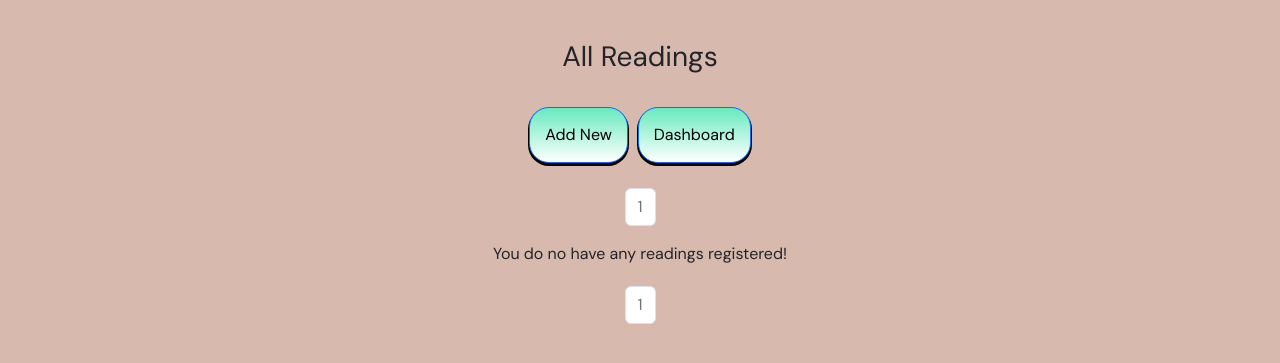
Repository: aiodell/my-glucose-checkup
Page: /bgls/all (app in client/)
An editor plug-in stored every save of this project. The page is shown before and after a run of saves, followed by the edit.
The browser window is 1280 px wide. The pictures show the whole page.
The page's requests for data from a server got no answer. The project was rebuilt for these pictures with package versions that can differ from the ones it lists, and the page was loaded fresh each time. No one was signed in, and anything a server would have sent is missing. Also part of the build but not shown: client/src/components/Login.js, client/src/components/Signup.js, client/src/components/Dashboard.js, client/src/components/NewReading.js, client/src/components/Home.js, client/src/components/BglUpdateForm.js, client/src/components/BglEventDetails.js, client/src/components/NewBglEvent.js and 8 more.

Above is the page before, as saved 2022-10-06 06:58:07.

### client/src/index.js
import React from 'react';
import ReactDOM from 'react-dom/client';
import {BrowserRouter as Router} from "react-router-dom";
import 'bootstrap/dist/css/bootstrap.min.css';
import App from './App';

const root = ReactDOM.createRoot(document.getElementById('root'));
root.render(
  <React.StrictMode>
  <Router>
    <App />
  </Router>
  </React.StrictMode>
);

### client/src/App.js
import { useState, useEffect } from "react"
import { Switch, Route, useHistory } from "react-router-dom"
import NavBar from "./components/NavBar"
import Login from "./components/Login"
import Signup from "./components/Signup"
import Dashboard from "./components/Dashboard"
import AllReadings from "./components/AllReadings"
import NewReading from "./components/NewReading"
import Home from "./components/Home"
import BglEventDetails from "./components/BglEventDetails"
import NewBglEvent from "./components/NewBglEvent"
import Events from "./components/Events"
import UserProfile from "./components/UserProfile"
import CreateProfile from "./components/CreateProfile"
import AllUsers from "./components/AllUsers"
import './styles.css'

const App = () => {
  const [currentUser, setCurrentUser] = useState("")
  const [readings, setReadings] = useState([])
  const [events, setEvents] = useState([])
  const [users, setUsers] = useState([])
  const [following, setFollowing] = useState([])
  const history = useHistory()

  useEffect( () => {
    fetch(`/auto-login`)
    .then((r) => {
      if (r.ok) {
        r.json().then((user) => setCurrentUser(user))
      }else{
        history.push("/login")
      }
    })
  }, [ ])

	useEffect(() => {
		fetch("/events")
		.then((r) => r.json())
		.then(setEvents)
	}, [])

  useEffect(() => {
		fetch("/bgls")
		.then((r) => r.json())
		.then(setReadings)
	}, [])

  useEffect(() => {
    fetch("/users")
    .then((r) => r.json())
    .then(setUsers)
  }, [])

  useEffect(() => {
    fetch("/relationships")
    .then((r) => r.json())
    .then(setFollowing)
  }, [])

  const updateUser = (user) => setCurrentUser(user)

  const addNewReading = (newReading) => {setReadings(readings => [...readings, newReading])}

  const deleteReading = (deletedReading) => {
    setReadings((readings) => readings.filter((reading) => reading.id !== deletedReading))
  }

  const deleteEvent = (deletedEvent) => {
    setEvents((events) => events.filter((event) => event.id !== deletedEvent))
  }

  const updateBgl = (updatedBgl) => {
    setReadings((readings) => readings.map(bgl => bgl.id === updatedBgl.id ? updatedBgl : bgl))
  }

  // add follower to list
  const addNewFollow = (newFollow) => {
    setFollowing(following => [...following, newFollow])
    const copyOfCurrentUser = {...currentUser}
    copyOfCurrentUser.followees.push(newFollow)
    setCurrentUser(copyOfCurrentUser)
  }

  // delete follower from the list
  const deleteFollow = (deletedFollow) => {
    setFollowing((following) => following.filter((following) => following.id !== deletedFollow))
  }

  const removeCurrentFollowing = (deletedFollowee) => {
    const copyOfCurrentUser = {...currentUser}
    copyOfCurrentUser.followees = copyOfCurrentUser.followees.filter(followee => followee.followee_id !== deletedFollowee.followee_id)
    setCurrentUser(copyOfCurrentUser)
  }

   return (
   <div>
    <NavBar
      currentUser = {currentUser}
      updateUser = {updateUser}
    />
    <Switch>
      <Route exact path = "/login">
        <Login updateUser = {updateUser}/>
      </Route>
      <Route exact path = "/signup">
        <Signup />
      </Route>
      <Route exact path = "/dashboard">
        <Dashboard
        currentUser = {currentUser}
        readings = {readings}
        setReadings = {setReadings}
        following = {following}  // will be used to display the highs and lows of a user being followed
        users = {users}
        />
      </Route>
      <Route exact path= "/bgls/all">
        <AllReadings
        readings = {readings}
        setReadings = {setReadings}
        />
      </Route>
      <Route exact path= "/bgls/new">
        <NewReading addNewReading= {addNewReading} />
      </Route>
      <Route exact path= "/bgls/:id/">
        <BglEventDetails
          updateBgl = {updateBgl}
          deleteReading= {deleteReading}
          readings = {readings}
        />
      </Route>
      <Route exact path="/bgls/:id/bgl_events/new">
        <NewBglEvent events= {events}/>
      </Route>
      <Route exact path="/events">
        <Events
          deleteEvent = {deleteEvent}
          events = {events}
          setEvents = {setEvents}
        />
      </Route>
      <Route exact path= "/me">
        <UserProfile
        currentUser = {currentUser}
        users = {users}
        />
      </Route>
      <Route exact path = "/create-profile">
        <CreateProfile />
      </Route>
      <Route exact path= "/users">
        <AllUsers
        currentUser = {currentUser}
        users = {users}
        addNewFollow = {addNewFollow}
        deleteFollow = {deleteFollow}
        removeCurrentFollowing ={removeCurrentFollowing}
        />
      </Route>
      <Route exact path="/">
        <Home
        currentUser = {currentUser}
        setCurrentUser = {setCurrentUser}/>
      </Route>
    </Switch>
   </div>
  )
}

export default App;

### client/src/components/NavBar.js
import { useHistory, NavLink } from 'react-router-dom'
import Container from "react-bootstrap/Container"
import Nav from 'react-bootstrap/Nav';
import Navbar from 'react-bootstrap/Navbar';
import '../styles.css';

const NavBar = ({updateUser, currentUser}) => {
	const history = useHistory()

	// log out only available when logged in
	const handleLogout = (e) => {
		fetch(`/logout`, {
			method: 'DELETE'
		})
		.then(() => {
			updateUser("")
			history.push('/')
		})
	}

	return(
		<>
		{currentUser ?
			<Navbar bg="dark" variant="dark" expand="lg">
			<Container className="nav-bar">
				<Navbar.Brand>My Glucose Checkup</Navbar.Brand>
				<Navbar.Toggle aria-controls="basic-navbar-nav" />
				<Navbar.Collapse id="basic-navbar-nav"></Navbar.Collapse>
					<Nav className="me-auto">
						<NavLink className="nav-link" to="/dashboard">
							<Nav.Item>Dashboard</Nav.Item>
						</NavLink>
						<NavLink className="nav-link" to="/bgls/all">
							<Nav.Item>My BGLs</Nav.Item>
						</NavLink>
						<NavLink className="nav-link" to="/bgls/new">
							<Nav.Item>New Reading</Nav.Item>
						</NavLink>
						<NavLink className="nav-link" to="/me">
							<Nav.Item>My Account</Nav.Item>
						</NavLink>
						<NavLink className="nav-link" to="/users">
							<Nav.Item>All Users</Nav.Item>
						</NavLink>
						<Nav.Link onClick={handleLogout}>Logout</Nav.Link>
					</Nav>
			</Container>
		</Navbar> : null }
		</>
	)
}

export default NavBar

### client/src/components/AllReadings.js
import { useState, useEffect } from "react"
import Pagination from "react-bootstrap/Pagination"
import { useHistory, Link, NavLink } from "react-router-dom"
import Card from 'react-bootstrap/Card';
import Container from "react-bootstrap/Container"
import Button from "react-bootstrap/Button"

const AllReadings = ({readings, setReadings }) => {
	const [errors, setErrors] = useState([])
	const [ currentRange, setCurrentRange ] = useState([0, 10]);
	const history = useHistory()

	useEffect(() => {
		fetch("/bgls")
		.then(r => {
			if(r.ok){
				r.json().then(readings => setReadings(readings))
			}else{
				r.json().then(data => {
					setErrors(data.errors)
					history.push("/login")
				})
			}
		})
	}, [])

	const handleDelete = (id) => {
		fetch(`/bgls/${id}`, {
			method: "DELETE",
		})
		.then(() =>{
			setReadings((readings) => readings.filter((reading) => reading.id !== id))
		})
	}

		// render the current Bgls
	const renderReadings = readings.map((bgl) => {
		return(
			<Card className="bgl-card" key= {bgl.id}>
				<Card.Body className="link-text-style" as={Link} to= {`/bgls/${bgl.id}`}>
					<Card.Title className="card-title">
						{bgl.value} mg/dl
					</Card.Title>
					<Card.Text>
						{bgl.created_at}
					</Card.Text>
				</Card.Body>
				<Button className="delete-btn" onClick={() => handleDelete(bgl.id)}>
					Delete
				</Button>
			</Card>
		)
	})


	// pagination of the Bgls
  	const handlePageClick = (e) => {
    const pageNum = e.target.innerText;

    if(pageNum === '1') {
      setCurrentRange([ 0, 20 ]);
    } else {
      const start = pageNum * 20 - 19;
      const end = pageNum * 20;
      setCurrentRange([ start, end ]);
    }
  }

	const bglPages = () => {
    let pages = [];
    let numOfPages = renderReadings.length / 10 + 1;

    for( let pageNum = 1; pageNum <= numOfPages; pageNum++ ) {
      pages.push(
        <Pagination.Item
          key={ pageNum }
          onClick={ handlePageClick }
          active={ currentRange[1] / 10 === pageNum }
          disabled={ currentRange[1] / 10 === pageNum }
        >
          { pageNum }
        </Pagination.Item>
      )
    }
    return pages;
  }
  	// end of pagination of Bgls

	const bglPage = renderReadings.slice(...currentRange)

	return(
		<>
		{errors ? errors.map(e => <section>{e}</section>):null}
			<Container className="all-bgl-container-style">
				<h3 className="title">All Readings</h3>
				<NavLink to="/bgls/new">
					<Button className="btns">Add New</Button>
				</NavLink>
				<NavLink to="/dashboard">
					<Button className="btns">Dashboard</Button>
				</NavLink>
				<Container>
					<Pagination className="pages">{ bglPages() }</Pagination>
				</Container>
					{bglPage.length > 0 ? bglPage : "You do no have any readings registered!"}
				<Container>
					<Pagination className="pages">{ bglPages() }</Pagination>
				</Container>
			</Container>
		</>
	)
}

export default AllReadings

### client/src/styles.css
@import url('https://fonts.googleapis.com/css2?family=DM+Sans&display=swap');
@import url('https://fonts.googleapis.com/css2?family=Carter+One&family=DM+Sans&display=swap');

body {
  font-family: 'DM Sans', sans-serif;
  background-color:	#d7baad;
  margin: 0px;
}

/*Universal */
.btns {
  background-image: linear-gradient(#67eabe, #ffffff);
  color: rgb(0, 0, 0);
  padding: 15px;
  margin: 5px;
  text-align: center;
  border-radius: 20px;
  box-shadow: 0px 2px 0px 1px black;
  text-decoration: none;
}

.container-style{
  text-align: center;
  padding: 10px;
  position: relative;
}

.navbar-brand{
  font-family: 'Carter One', cursive;
  font-size: 2rem;
  text-align:left
}

/*Home Page */
.Home {
  text-align: center;
}

.home-background {
  background-color: #88c7b2;
  min-height: 100vh;
  display: flex;
  flex-direction: column;
  align-items: center;
  justify-content: center;
  font-size: calc(10px + 2vmin);
  color: white;
}

.welcome {
  font-family: 'Carter One', cursive;
  text-shadow: 2px 2px black;
  text-align: center;
}

.home-btn-div {
  align-content: center;
}

/*Forms */
.form-style{
  margin-top: 100px;
  border-radius: 20px;
  box-shadow: 0px 2px 0px 1px black;
  background-image: linear-gradient(#67eabe, #ffffff);
  color: rgb(0, 0, 0);
}
.title{
  padding: 20px;
  position: relative;
}

/*Dashbord */
.dash-container{
  margin-top: 100px;
  padding: 20px;
  background-image: linear-gradient(#67eabe, #ffffff);
  border-radius: 25px;
  position: relative;
}

.current-bgl{
  border-radius: 50%;
  height: 150px;
  width: 150px;
  vertical-align: middle;
  left: 44%;
  position: relative;
  box-shadow: 2px 2px 2px 2px black;
  background-image: linear-gradient(#67eabe, #ffffff);
}

.current-txt{
  text-align: center;
  font-size: 4rem;
  padding-top: 40px;
  padding-left: 5px;
  position: relative;
}

.low-high-avg{
  padding: 20px;
  position: relative;
}

.dash-title{
  font-family: 'Carter One', cursive;
  text-shadow: 2px 2px 2px black;
  color: white
}

/*Events */

.list{
  list-style: none;
  padding: 5px;
  font-size: 150%;
}

.event-container-style{
  text-align: center;
  padding: 10px;
  position: relative;
  margin: 5px;
}

.delete-btn{
  background-image: linear-gradient(#67eabe, #ffffff);
  color: rgb(0, 0, 0);
  padding: 5px;
  margin: 5px;
  text-align: center;
  box-shadow: 0px 2px 0px 1px black;
  text-decoration: none;
}
.event-card{
  vertical-align: middle;
  left: 39%;
  position: relative;
}

/*All bgls*/
.all-bgl-container-style{
  align-content: center;
  margin-top: 20px;
  text-align: center;
  display: relative;
  position:relative;
  max-width: 50%;
}

.link-text-style{
  text-decoration: none;
}

.pages {
  display: flex;
  justify-content: center;
  margin-top: 20px;
}

.bgl-card{
  margin: 10px;
  text-decoration: none;
  color: black;
  box-shadow: 0px 2px 0px 2px black;
}

.card-title{
  font-size: 150%;
}

.search {
  width: 50%;
  text-align: center;

  position: relative;
  display: block;
  margin: auto;
  padding: 2rem;
}

.searchTerm {
  text-align: center;
  width: 100%;
  border: 3px solid #004e59;
  padding: 5px;
  height: 3rem;
  border-radius: 5px;
  outline: none;
  font-size: 1.5rem;
}

/* Profile Completion Form */
.form-title{
  text-align: center;
  margin-top: 15px;
}

.profile-completion{
  text-align: center;
  padding: 15px;
  margin: 10px;
  box-shadow: 1px 2px 0px 1px black;
  background-image: linear-gradient(#eaeaea, #ffffff);
  color: rgb(0, 0, 0);
}

.profile-label{
  margin-bottom: 5px;
  margin-top: 10px;
}

.form-check{
  margin-top: 5px
}

/*profile container*/
.profile-container{
  align-content: center;
  margin-top: 20px;
  text-align: center;
  display: relative;
  position:relative;
  max-width: 50%;
}

Loaded but not shown: client/public/index.html (common file)

After the next 2 saves:
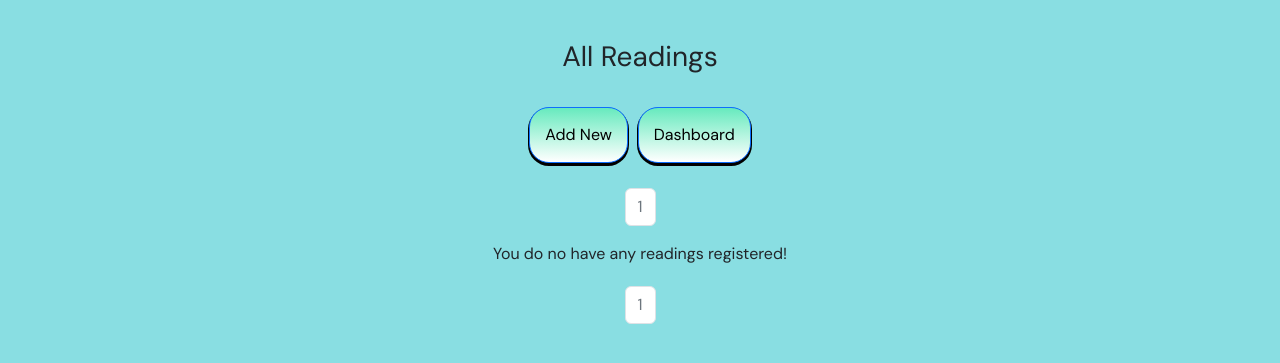
The 2 saves are shown as one change because they came seconds apart.
The last was saved 20 s later.
--- a/client/src/styles.css
+++ b/client/src/styles.css
@@ -3,7 +3,7 @@
 
 body {
   font-family: 'DM Sans', sans-serif;
-  background-color:	#d7baad;
+  background-color:	#89dee2;
   margin: 0px;
 }
 
